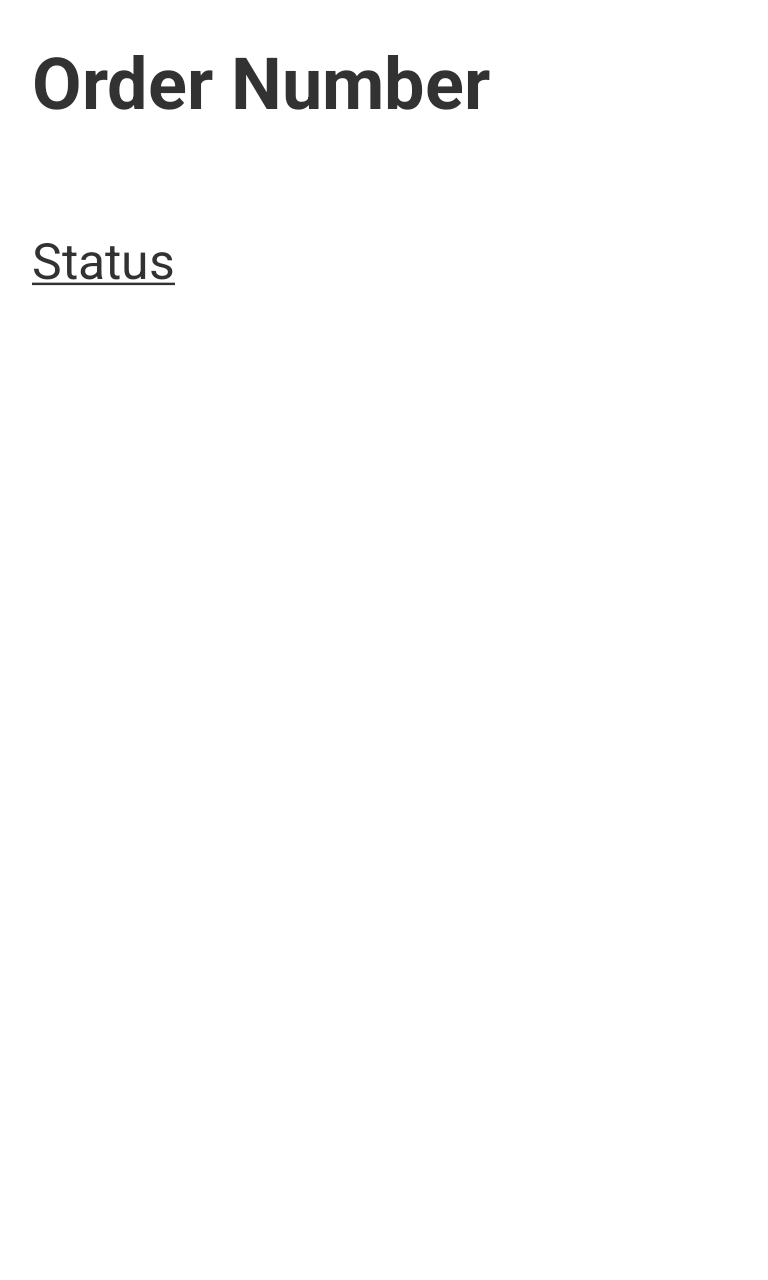
Repository: PotatoBiscuit/Thirstbuster
Layout: MobApp/workspace/DrinkAndGo/res/layout/activity_order.xml
An editor plug-in stored every save of this project. The layout is shown before and after the next save, followed by the edit.
It is drawn on a 768 x 1280 px phone screen (xhdpi) without system bars, with theme AppTheme; the app's code is not run.

Above is the layout before, as saved 2016-04-18 01:37:03.

After the next save:
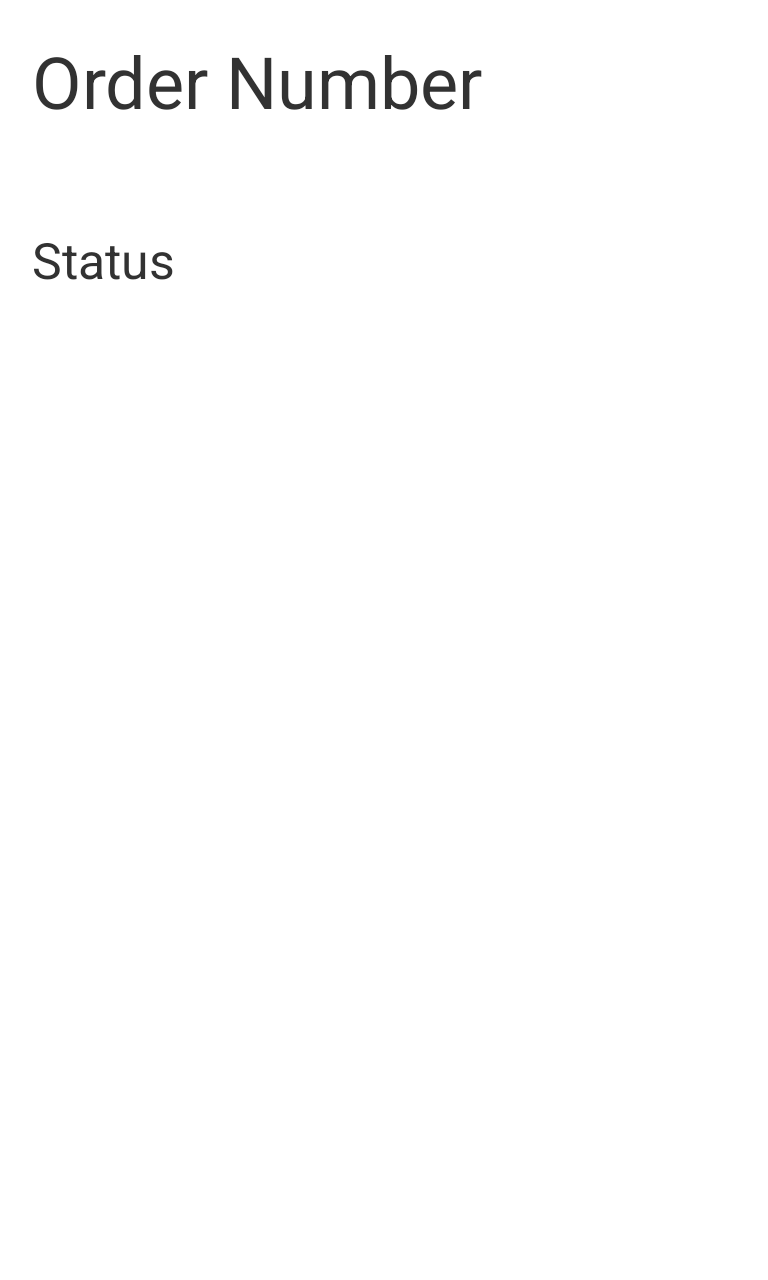
Saved 89 s later.
--- a/MobApp/workspace/DrinkAndGo/res/values/strings.xml
+++ b/MobApp/workspace/DrinkAndGo/res/values/strings.xml
@@ -31,7 +31,7 @@
     <string name="table">Table-Service</string>
     <string name="enter_table_num">Enter Table Number</string>
     <string name="title_activity_order">OrderActivity</string>
-    <string name="order_number"><b>Order Number</b></string>
-    <string name="status"><u>Status</u></string>
+    <string name="order_number">Order Number</string>
+    <string name="status">Status</string>
 
 </resources>
